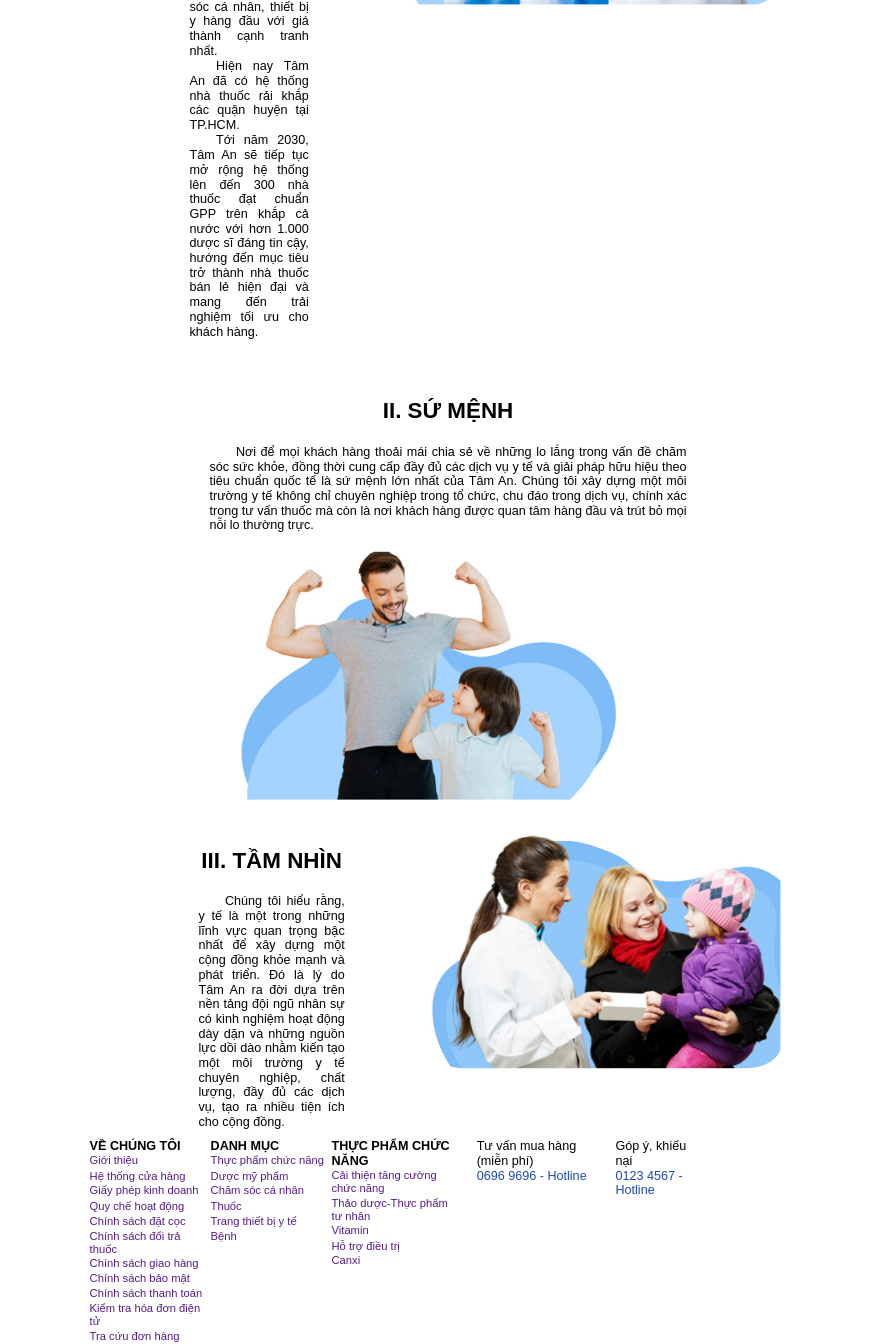
Repository: ViralAIWorks/TamAnPharmacy.github.io
Page: pages/thongtin.html
These files come from the project's save history. The page is drawn as it stood at one moment and after the next save; the edit follows.
The browser window is 1280 px wide. The pictures show the part of the page from y = 995 to 2915 px (the page is 2915 px tall), at 70% of full size.
Some web fonts or font styles are not loaded; a fallback is used.

Above is the page before, as saved 2022-03-14 10:32:57.

After the next save:
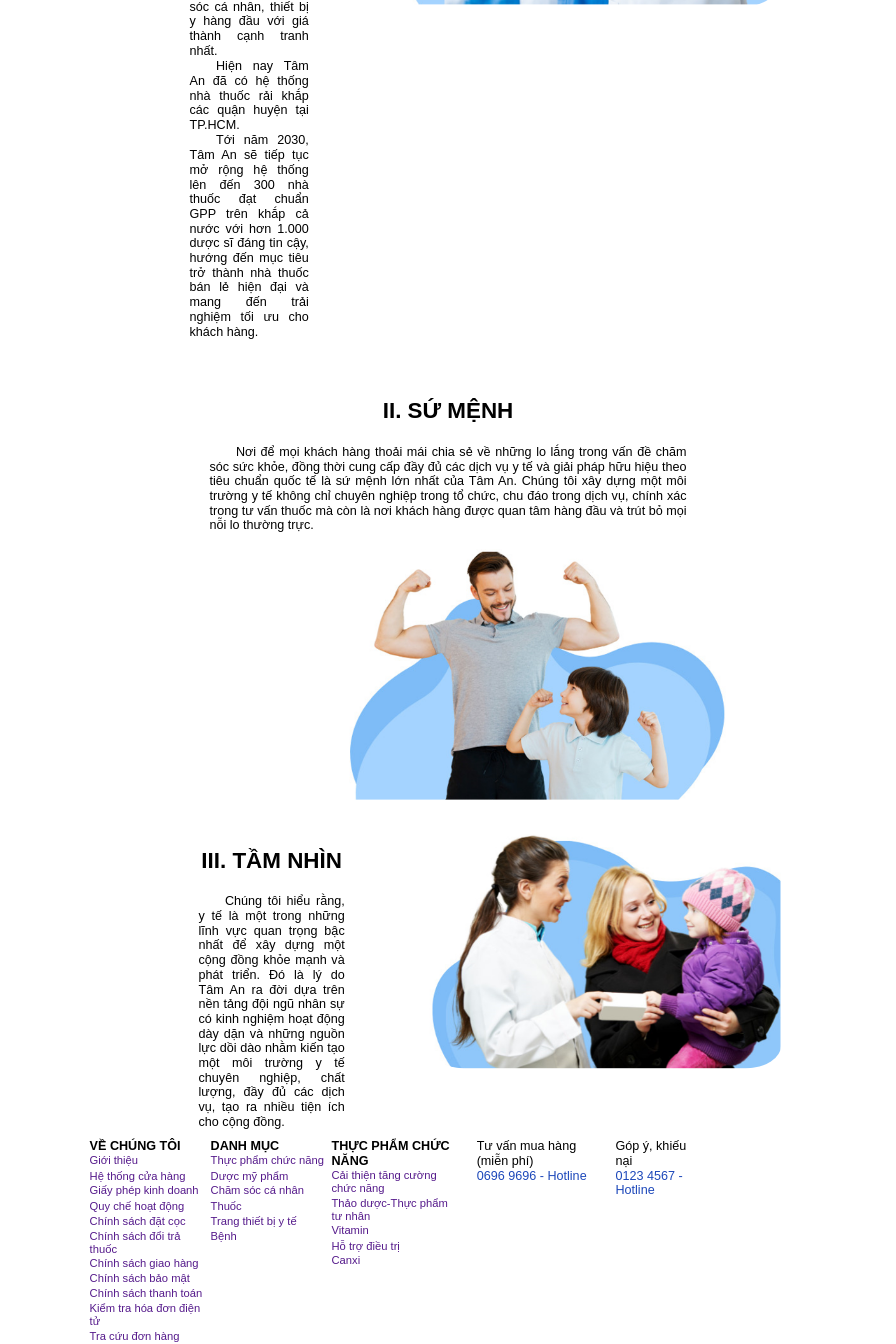
Saved 57 s later.
--- a/pages/thongtin.html
+++ b/pages/thongtin.html
@@ -75,7 +75,9 @@
                         <h3 class="titleSize">II. SỨ MỆNH</h3>
                         <p>Nơi để mọi khách hàng thoải mái chia sẻ về những lo lắng trong vấn đề chăm sóc sức khỏe, đồng thời cung cấp đầy đủ các dịch vụ y tế và giải pháp hữu hiệu theo tiêu chuẩn quốc tế là sứ mệnh lớn nhất của Tâm An. Chúng tôi xây dựng
                             một môi trường y tế không chỉ chuyên nghiệp trong tổ chức, chu đáo trong dịch vụ, chính xác trong tư vấn thuốc mà còn là nơi khách hàng được quan tâm hàng đầu và trút bỏ mọi nỗi lo thường trực.</p>
-                        <img src="images/4NewInfo/3.png" id="img3-position">
+                        <center>
+                            <img src="images/4NewInfo/3.png" id="img3-position">
+                        </center>
                     </div>
                 </div>
             </div>

After the save that followed:
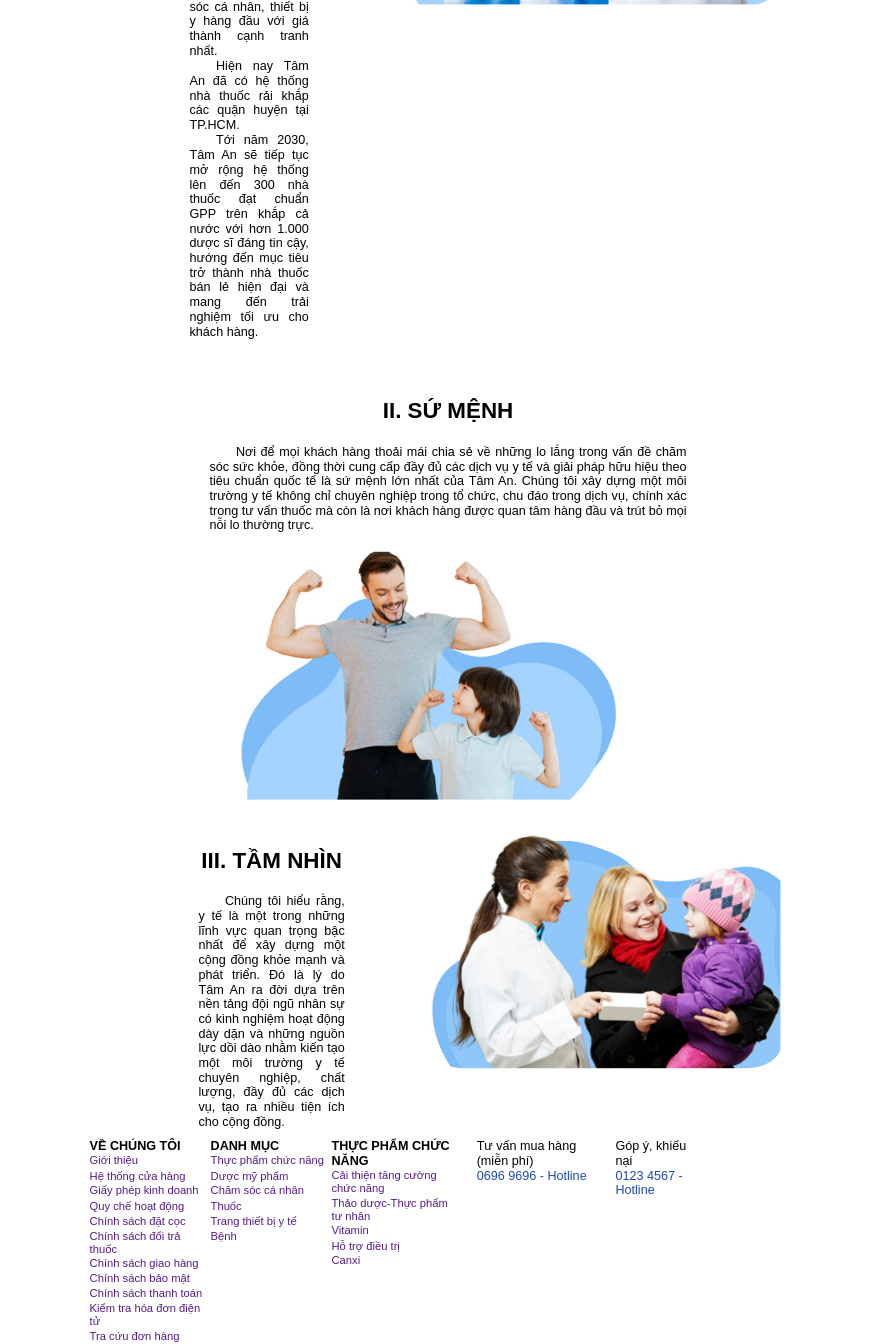
Saved 47 s later.
--- a/pages/thongtin.html
+++ b/pages/thongtin.html
@@ -75,9 +75,7 @@
                         <h3 class="titleSize">II. SỨ MỆNH</h3>
                         <p>Nơi để mọi khách hàng thoải mái chia sẻ về những lo lắng trong vấn đề chăm sóc sức khỏe, đồng thời cung cấp đầy đủ các dịch vụ y tế và giải pháp hữu hiệu theo tiêu chuẩn quốc tế là sứ mệnh lớn nhất của Tâm An. Chúng tôi xây dựng
                             một môi trường y tế không chỉ chuyên nghiệp trong tổ chức, chu đáo trong dịch vụ, chính xác trong tư vấn thuốc mà còn là nơi khách hàng được quan tâm hàng đầu và trút bỏ mọi nỗi lo thường trực.</p>
-                        <center>
-                            <img src="images/4NewInfo/3.png" id="img3-position">
-                        </center>
+                        <img src="images/4NewInfo/3.png" id="img3-position">
                     </div>
                 </div>
             </div>
